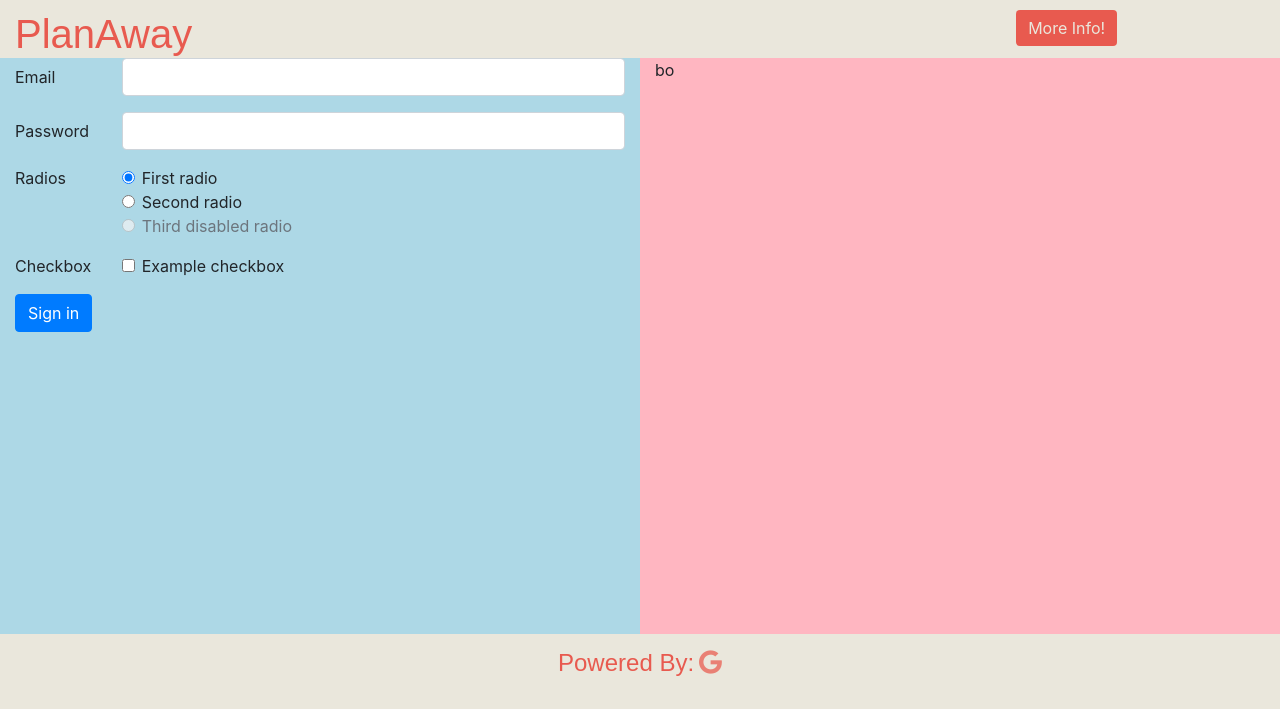
Repository: Brad000/PlanAway-Project
Page: planner.html
The author's editor kept a record of every edit. The page is drawn from the files as they stood at one moment, then again after the next edit.
The browser window is 1280 px wide. The pictures show the whole page.
Some icons come from a web library that is not loaded, so they are not drawn. Some web fonts or font styles are not loaded; a fallback is used. Some web libraries are served in a nearby version.

Above is the page before.

### planner.html
<!DOCTYPE html>
<html lang="en">

<head>
    <meta charset="UTF-8">
    <meta name="viewport" content="width=device-width, initial-scale=1.0">
    <meta http-equiv="X-UA-Compatible" content="ie=edge">
    <link rel="stylesheet" href="assets/css/style.css" type="text/css" />
    <link rel="stylesheet" href="https://stackpath.bootstrapcdn.com/bootstrap/4.4.1/css/bootstrap.min.css" integrity="sha384-Vkoo8x4CGsO3+Hhxv8T/Q5PaXtkKtu6ug5TOeNV6gBiFeWPGFN9MuhOf23Q9Ifjh" crossorigin="anonymous">
    <script src="https://code.jquery.com/jquery-3.2.1.js" integrity="sha256-DZAnKJ/6XZ9si04Hgrsxu/8s717jcIzLy3oi35EouyE=" crossorigin="anonymous"></script>
    <script src="https://code.jquery.com/jquery-3.4.1.slim.min.js" integrity="sha384-J6qa4849blE2+poT4WnyKhv5vZF5SrPo0iEjwBvKU7imGFAV0wwj1yYfoRSJoZ+n" crossorigin="anonymous"></script>
    <script src="https://cdn.jsdelivr.net/npm/popper.js@1.16.0/dist/umd/popper.min.js" integrity="sha384-Q6E9RHvbIyZFJoft+2mJbHaEWldlvI9IOYy5n3zV9zzTtmI3UksdQRVvoxMfooAo" crossorigin="anonymous"></script>
    <script src="https://stackpath.bootstrapcdn.com/bootstrap/4.4.1/js/bootstrap.min.js" integrity="sha384-wfSDF2E50Y2D1uUdj0O3uMBJnjuUD4Ih7YwaYd1iqfktj0Uod8GCExl3Og8ifwB6" crossorigin="anonymous"></script>
    <script src="https://kit.fontawesome.com/5655c570e1.js" crossorigin="anonymous"></script>
    <script type="text/javascript" src="assets/js/script.js"></script>

    <title>PlanAway - Plan your next vacation</title>
</head>

<body>
    <header class="container-fluid">
        <div class="row">
            <div class="col-12 col-md-8 site-heading">
                <h1 class="site-name">PlanAway<i class="fal fa-plane-departure site-logo"></i></h1>
            </div>
            <div class="col-12 col-md-4 site-heading button-align">
                <a class="btn btn-primary" id="infoButton" data-toggle="collapse" href="#collapseExample" role="button" aria-expanded="false" aria-controls="collapseExample">More Info!
                </a>
            </div>
            <div class="col-12 site-heading">
                <div class="collapse" id="collapseExample">
                    <div class="card card-body" id="info-card">
                        <p class="briefs">Please use the below form and selectors to plan your next vacation destination, further organise that dream get away with top accomodation, attractions and restaurants shown around you chosen destination.</p>
                    </div>
                </div>
            </div>
        </div>
    </header>

    <section class="container-fluid">
        <div class="row">
            <div class="col-12 col-md-6 n" id="top">

                <form>
                    <div class="form-group row">
                        <label for="inputEmail3" class="col-sm-2 col-form-label">Email</label>
                        <div class="col-sm-10">
                            <input type="email" class="form-control" id="inputEmail3">
                        </div>
                    </div>
                    <div class="form-group row">
                        <label for="inputPassword3" class="col-sm-2 col-form-label">Password</label>
                        <div class="col-sm-10">
                            <input type="password" class="form-control" id="inputPassword3">
                        </div>
                    </div>
                    <fieldset class="form-group">
                        <div class="row">
                            <legend class="col-form-label col-sm-2 pt-0">Radios</legend>
                            <div class="col-sm-10">
                                <div class="form-check">
                                    <input class="form-check-input" type="radio" name="gridRadios" id="gridRadios1" value="option1" checked>
                                    <label class="form-check-label" for="gridRadios1">First radio</label>
                                </div>
                                <div class="form-check">
                                    <input class="form-check-input" type="radio" name="gridRadios" id="gridRadios2" value="option2">
                                    <label class="form-check-label" for="gridRadios2">Second radio</label>
                                </div>
                                <div class="form-check disabled">
                                    <input class="form-check-input" type="radio" name="gridRadios" id="gridRadios3" value="option3" disabled>
                                    <label class="form-check-label" for="gridRadios3">Third disabled radio</label>
                                </div>
                            </div>
                        </div>
                    </fieldset>
                    <div class="form-group row">
                        <div class="col-sm-2">Checkbox</div>
                        <div class="col-sm-10">
                            <div class="form-check">
                                <input class="form-check-input" type="checkbox" id="gridCheck1">
                                <label class="form-check-label" for="gridCheck1">Example checkbox</label>
                            </div>
                        </div>
                    </div>
                    <div class="form-group row">
                        <div class="col-sm-10">
                            <button type="submit" class="btn btn-primary">Sign in</button>
                        </div>
                    </div>
                </form>



            </div>
            <div class="col-12 col-md-6 m">bo</div>
        </div>
    </section>

    <footer class="container-fluid">
        <div class="row">
            <div class="col-12 footer">
                <h4>Powered By:<a href="https://www.google.com/" id="a-links" target="_blank"><i class="fab fa-google"></i></a></h4>
            </div>
        </div>
    </footer>

</body>

</html>

### assets/css/style.css
@import url('https://fonts.googleapis.com/css?family=Gayathri:100,200,300,400,500,600,700');

/*---Landing Page---*/

.site-heading {
    background-color: #eae7dc;
    color: #e85a4f;
}

.site-name {
    font-family: 'Gayathri', sans-serif;
    margin-top: 10px;
    margin-bottom: 0;
    text-align: center;
}

.site-logo {
    margin-left: 10px;
}

.site-links {
    text-align: center;
    font-size: 40px;
    margin-top: 10px;
    margin-right: 10px;
}

.link-text {
    text-align: center;
    font-family: 'Gayathri', sans-serif;
    font-weight: 600;
}

#a-links {
    text-decoration: none;
    cursor: pointer;
    color: #e98074;
    transition: color 0.5s ease-in-out;
    -moz-transition: color 0.5s ease-in-out;
    -webkit-transition: color 0.5s ease-in-out;
    -o-transition: color 0.5s ease-in-out;
}

#a-links:hover {
    color: #e85a4f;
}

.site-brief {
    font-family: 'Gayathri', sans-serif;
    text-align: center;
    font-size: 12px;
    font-weight: 700;
    padding: 0;
    margin: 0;
}

#image {
    padding: 0;
}

.main-images {
    opacity: 0.78;
}

img {
    height: 85vh;
}


/*---planner.html---*/

.briefs {
    font-family: 'Gayathri', sans-serif;
    font-size: 16px;
    text-align: center;
    font-weight: 700;
    padding: 10px;
    margin: 0;
    color: #e85a4f;
}

#infoButton {
    display: inline-block;
    margin-bottom: 5px;
    background-color: #e85a4f;
    color: #eae7dc;
    border: none;
    box-shadow: none;
    transition: background-color 0.5s ease-in-out;
    -moz-transition: background-color 0.5s ease-in-out;
    -webkit-transition: background-color 0.5s ease-in-out;
    -o-transition: background-color 0.5s ease-in-out;
}

#infoButton:hover {
    background-color: #fd9b90;
}

.button-align {
    text-align: center;
}

#info-card {
    border: none;
    background-color: #eae7dc;
}

.plan-form {
    font-family: 'Gayathri', sans-serif;
    font-size: 18px;
    margin-top: 40px;
    margin-bottom: 40px;
}

.n {
    background-color: lightblue;
    height: 80vh;
}

.m {
    background-color: lightpink;
    height: 80vh;
}


/*---Footer---*/

.footer {
    height: 75px;
    text-align: center;
    font-weight: 700;
    font-family: 'Gayathri', sans-serif;
    padding-top: 15px;
    background-color: #eae7dc;
    color: #e85a4f;
}

.fa-google {
    margin-left: 5px;
}

/*---Media Queries---*/

@media(min-width: 767px) {
    .site-name {
        text-align: left;
    }
    .site-brief {
        font-size: 18px;
    }
    #infoButton {
        margin: 10px;
    }
}



/*---JS css--*/

.green {
    background-color: green;
}

### assets/js/script.js
$(document).ready(function(){












});

After the next edit:
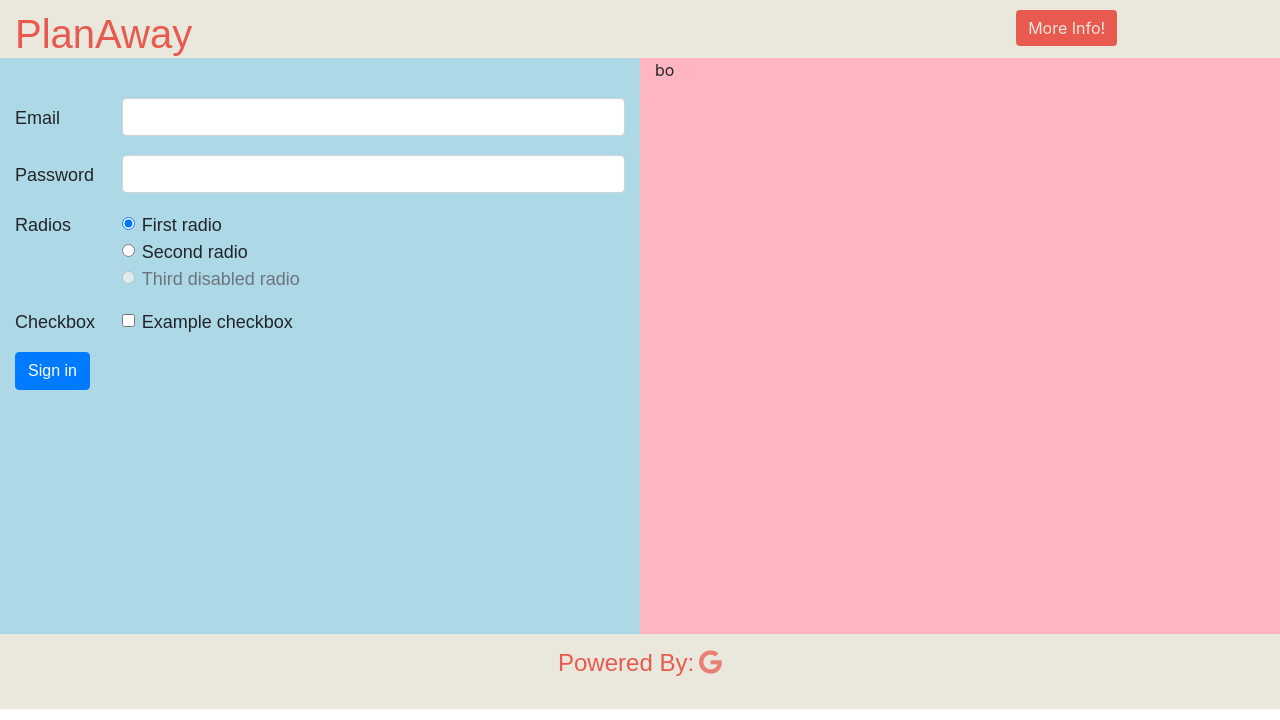
The edit:
--- a/planner.html
+++ b/planner.html
@@ -41,7 +41,7 @@
         <div class="row">
             <div class="col-12 col-md-6 n" id="top">
 
-                <form>
+                <form class="plan-form">
                     <div class="form-group row">
                         <label for="inputEmail3" class="col-sm-2 col-form-label">Email</label>
                         <div class="col-sm-10">
